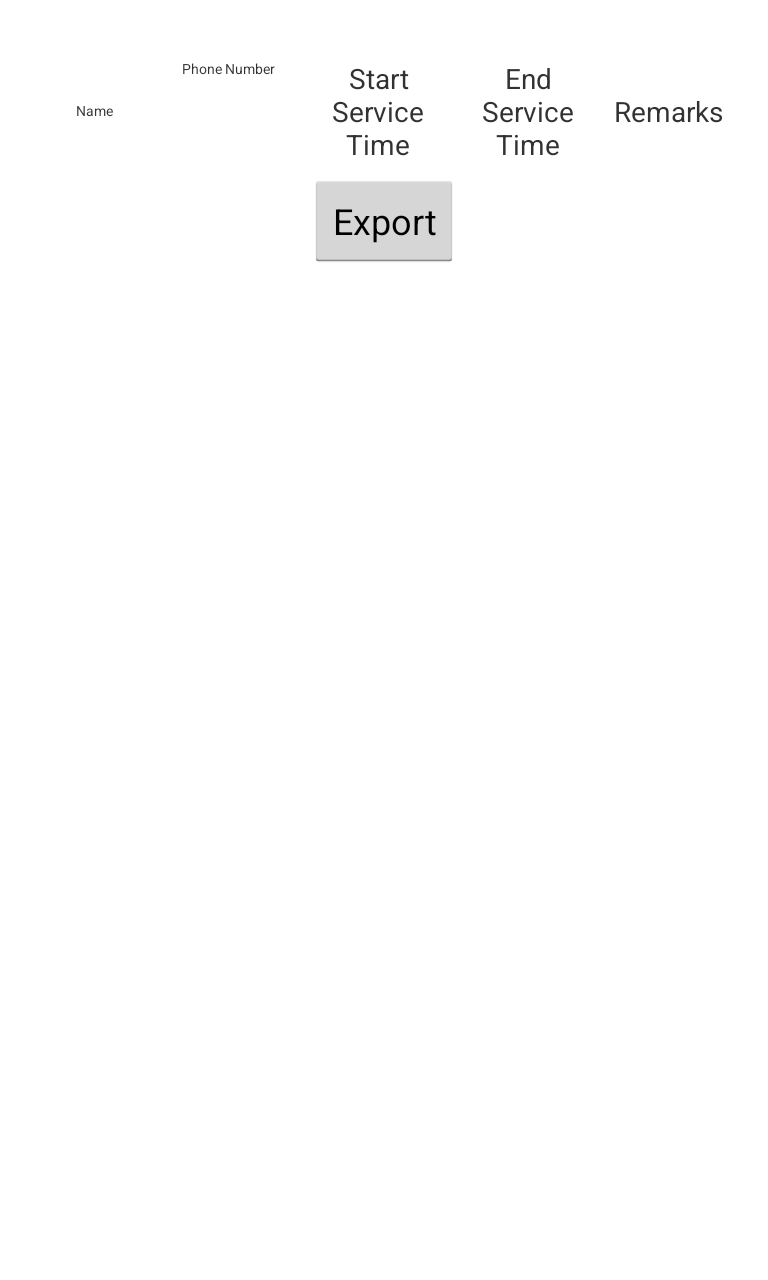
Repository: judemailom/queue-manager
Layout: QueueManager/res/layout/activity_logs.xml
The author's editor kept a copy of each file at every save. The layout is drawn from the files as they stood at one save, then again after the next save.
It is drawn on a 768 x 1280 px phone screen (xhdpi) without system bars, with theme AppTheme; the app's code is not run.

Above is the layout before, as saved 2014-02-05 15:57:30.

### QueueManager/res/layout/activity_logs.xml
<ScrollView xmlns:android="http://schemas.android.com/apk/res/android"
    xmlns:tools="http://schemas.android.com/tools"
    android:layout_width="match_parent"
    android:layout_height="wrap_content"
    tools:context=".LogsActivity" >

	<LinearLayout
	    android:layout_width="match_parent"
	    android:layout_height="wrap_content"
	    android:orientation="vertical" >

		<!-- <Button
		    android:id="@+id/select_date"
		    style="?android:attr/buttonStyleSmall"
		    android:layout_width="wrap_content"
		    android:layout_height="wrap_content"
		    android:text="@string/select_date_button"
		    android:onClick="showDatePickerDialog"/>
		 -->

        <TableLayout
            android:id="@+id/table_log"
            android:layout_width="match_parent"
            android:layout_height="wrap_content" >

            <TableRow
                android:id="@+id/date_header"
                android:layout_width="match_parent"
                android:layout_height="wrap_content"
                android:gravity="center_horizontal" >

                <TextView
                    android:id="@+id/log_date"
                    android:layout_width="wrap_content"
                    android:layout_height="wrap_content"
                    android:gravity="center"
            		android:layout_span="4"
            		android:textStyle="bold"
                    android:textAppearance="?android:attr/textAppearanceMedium" />

            </TableRow>

        	<TableRow
        	    android:id="@+id/log_header"
        	    android:layout_width="wrap_content"
        	    android:layout_height="wrap_content"
        	    android:padding="@dimen/table_padding" >

        	    <TextView
        	        android:layout_width="0dp"
        	        android:layout_height="wrap_content"
        	        android:layout_gravity="center_vertical"
        	        android:layout_weight="1"
        	        android:gravity="center"
        	        android:paddingLeft="15dp"
        	        android:paddingRight="5dp"
        	        android:text="@string/name_head"
        	        android:textSize="14px" />

        	    <TextView
        	        android:layout_width="0dp"
        	        android:layout_height="wrap_content"
        	        android:layout_weight="1"
        	        android:gravity="center"
        	        android:paddingRight="5dp"
        	        android:text="@string/number_head"
        	        android:textSize="14px" />

        	    <TextView
        	        android:layout_width="0dp"
        	        android:layout_height="wrap_content"
        	        android:layout_gravity="center_vertical"
        	        android:layout_weight="1"
        	        android:gravity="center"
        	        android:paddingRight="5dp"
        	        android:text="@string/start_head"
        	        android:textSize="14sp" />

        	    <TextView
        	        android:layout_width="0dp"
        	        android:layout_height="wrap_content"
        	        android:layout_gravity="center_vertical"
        	        android:layout_weight="1"
        	        android:gravity="center"
        	        android:paddingRight="5dp"
        	        android:text="@string/end_head"
        	        android:textSize="14sp" />

        	    <TextView
        	        android:layout_width="0dp"
        	        android:layout_height="wrap_content"
        	        android:layout_gravity="center_vertical"
        	        android:layout_weight="1"
        	        android:gravity="center"
        	        android:paddingRight="15dp"
        	        android:text="@string/remarks_head"
        	        android:textSize="14sp" />
        	</TableRow>

		</TableLayout>

        <Button
            android:layout_width="wrap_content"
            android:layout_height="wrap_content"
            android:layout_gravity="center_vertical|center_horizontal"
            android:text="@string/export_button"
            android:onClick="export_method" />


	</LinearLayout>

</ScrollView>

### QueueManager/res/values/styles.xml
<resources>

    <!--
        Base application theme, dependent on API level. This theme is replaced
        by AppBaseTheme from res/values-vXX/styles.xml on newer devices.
    -->
    <style name="AppBaseTheme" parent="android:Theme.Light.NoTitleBar">
        <!--
            Theme customizations available in newer API levels can go in
            res/values-vXX/styles.xml, while customizations related to
            backward-compatibility can go here.
        -->
    </style>

    <!-- Application theme. -->
    <style name="AppTheme" parent="AppBaseTheme">
        <!-- All customizations that are NOT specific to a particular API-level can go here. -->
    </style>
    <color name="white">#FFFFFF</color>
    <color name="gray">#F0F0F0</color>

</resources>

### QueueManager/res/values/dimens.xml
<resources>

    <!-- Default screen margins, per the Android Design guidelines. -->
    <dimen name="activity_horizontal_margin">20dp</dimen>
    <dimen name="activity_vertical_margin">20dp</dimen>
    <dimen name="font_title">50dp</dimen>
    <dimen name="font_home">20dp</dimen>
    <dimen name="table_padding">5dp</dimen>

</resources>

### QueueManager/res/values/strings.xml
<?xml version="1.0" encoding="utf-8"?>
<resources>

    <string name="app_name">Queue Manager</string>
    <string name="action_settings">Edit Profile</string>
    <string name="title">Logo</string>
    <string name="login">Login</string>
    <string name="hint_password">Password</string>
    <string name="title_activity_home">HomeActivity</string>
    <string name="hello_world">Hello world!</string>
    <string name="desc_calendar">calendar</string>
    <string name="desc_queue">queue count</string>
    <string name="desc_clock">clock</string>
    <string name="button_close">OPEN QUEUE</string>
    <string name="button_pause">CLOSE QUEUE</string>
    <string name="button_export">EXPORT</string>
    <string name="title_activity_queue">Queue</string>
    <string name="now_serving">Now Serving</string>
    <string name="current_queue">Current Queue</string>
    <string name="desc_now_serving">now_serving</string>
    <string name="desc_current_queue">current_queue</string>
    <string name="queue_count">CLOSED QUEUE</string>
    <string name="about">About</string>
    <string name="help">Help</string>
    <string name="title_activity_settings">Settings</string>
    <string name="title_activity_about">About</string>
    <string name="title_activity_help">Help</string>
    <string name="company_name">Company Name</string>
    <string name="hint"></string>
    <string name="profile_address">Address</string>
    <string name="profile_phone">Contact No.</string>
    <string name="profile_password">Password</string>
    <string name="save">Save</string>
    <string name="title_activity_logs">LogsActivity</string>
	<string name="name_head">Name</string>
	<string name="number_head">Phone Number</string>
	<string name="start_head">Start Service Time</string>
	<string name="end_head">End Service Time</string>
	<string name="remarks_head">Remarks</string>
	<string name="log">Logs</string>
	<string name="export_button">Export</string>


</resources>

Loaded but not shown: QueueManager/res/values-v11/styles.xml (common file); QueueManager/res/values-v14/styles.xml (common file)

After the next save:
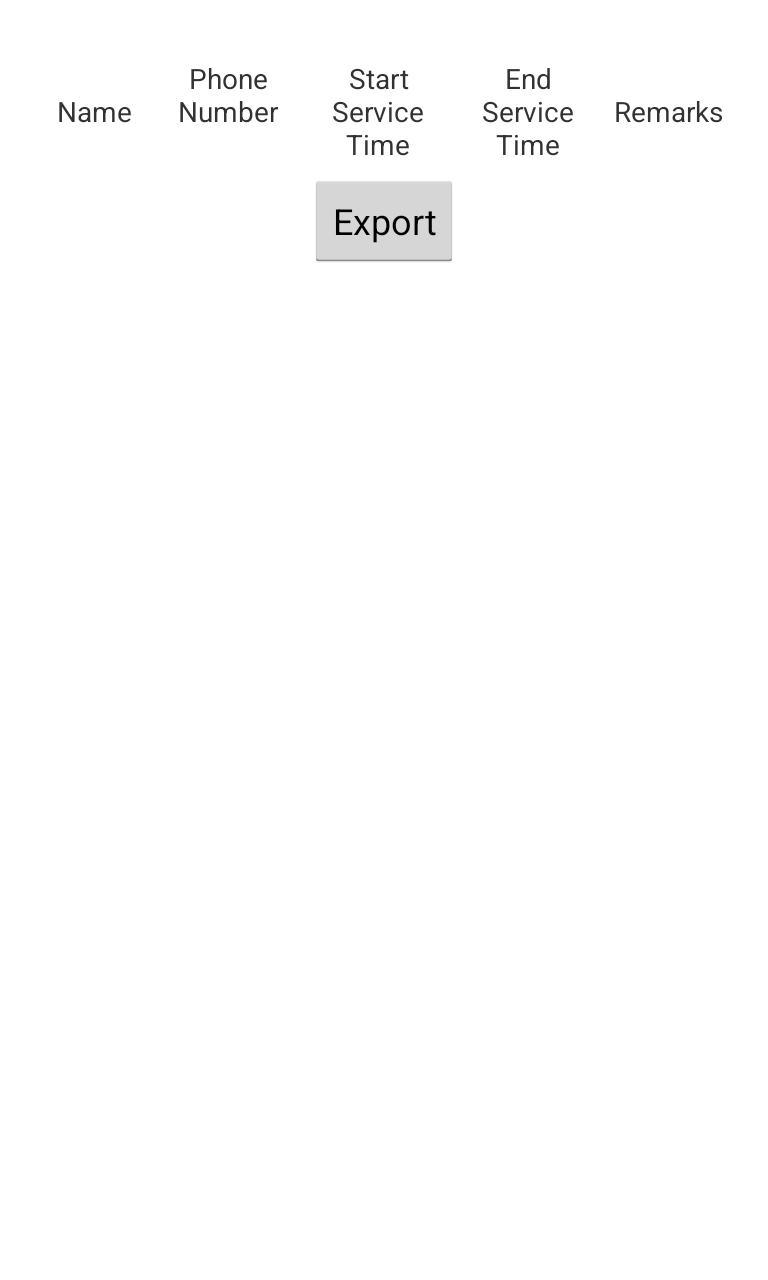
Saved 4 s later.
--- a/QueueManager/res/layout/activity_logs.xml
+++ b/QueueManager/res/layout/activity_logs.xml
@@ -55,7 +55,7 @@
         	        android:paddingLeft="15dp"
         	        android:paddingRight="5dp"
         	        android:text="@string/name_head"
-        	        android:textSize="14px" />
+        	        android:textSize="14sp" />
 
         	    <TextView
         	        android:layout_width="0dp"
@@ -64,7 +64,7 @@
         	        android:gravity="center"
         	        android:paddingRight="5dp"
         	        android:text="@string/number_head"
-        	        android:textSize="14px" />
+        	        android:textSize="14sp" />
 
         	    <TextView
         	        android:layout_width="0dp"
